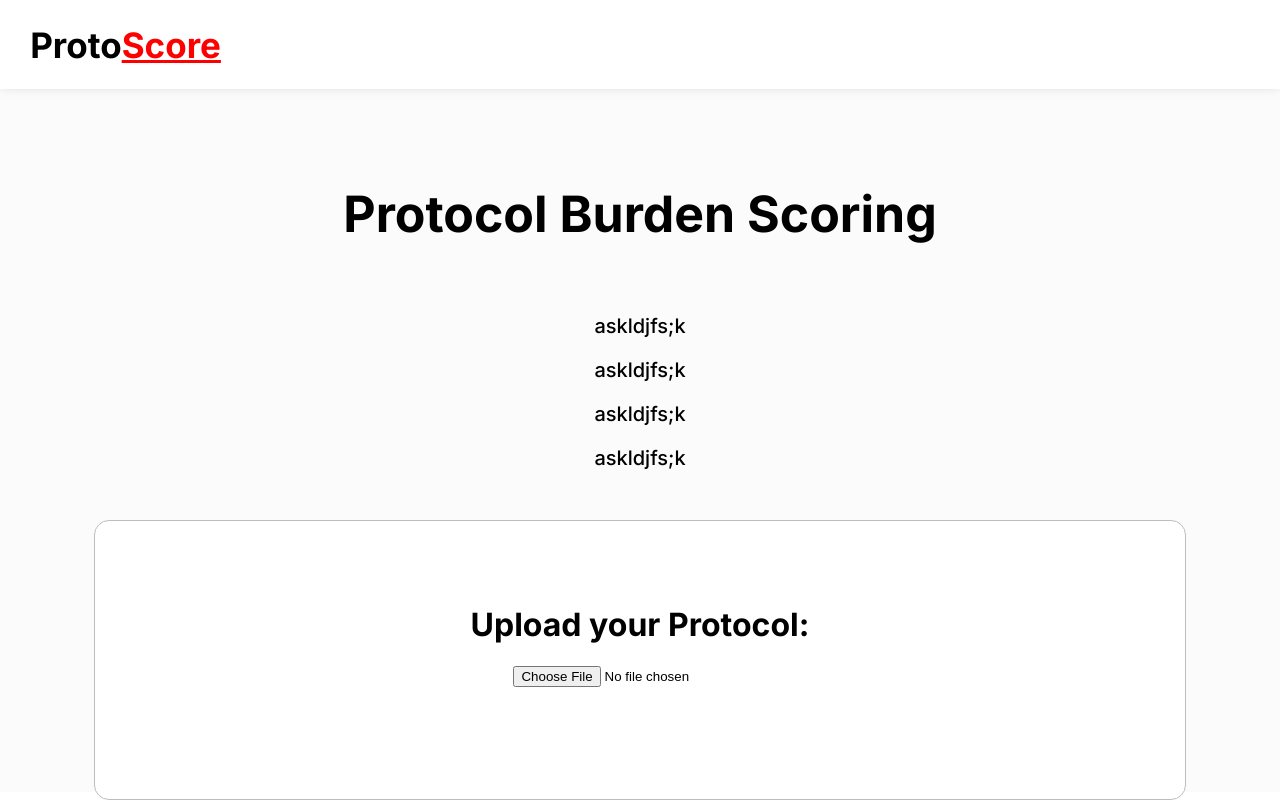
Repository: evanc108/Regeneron2024
Page: / (app in regeneron/)
The author's editor kept a copy of each file at every save. The page is drawn from the files as they stood at one save, then again after the next save.
The browser window is 1280 px wide. The pictures show the whole page.
The project was rebuilt for these pictures with package versions that can differ from the ones it lists, and the page was loaded fresh each time.

Above is the page before, as saved 2024-05-14 02:24:24.

After the next save:
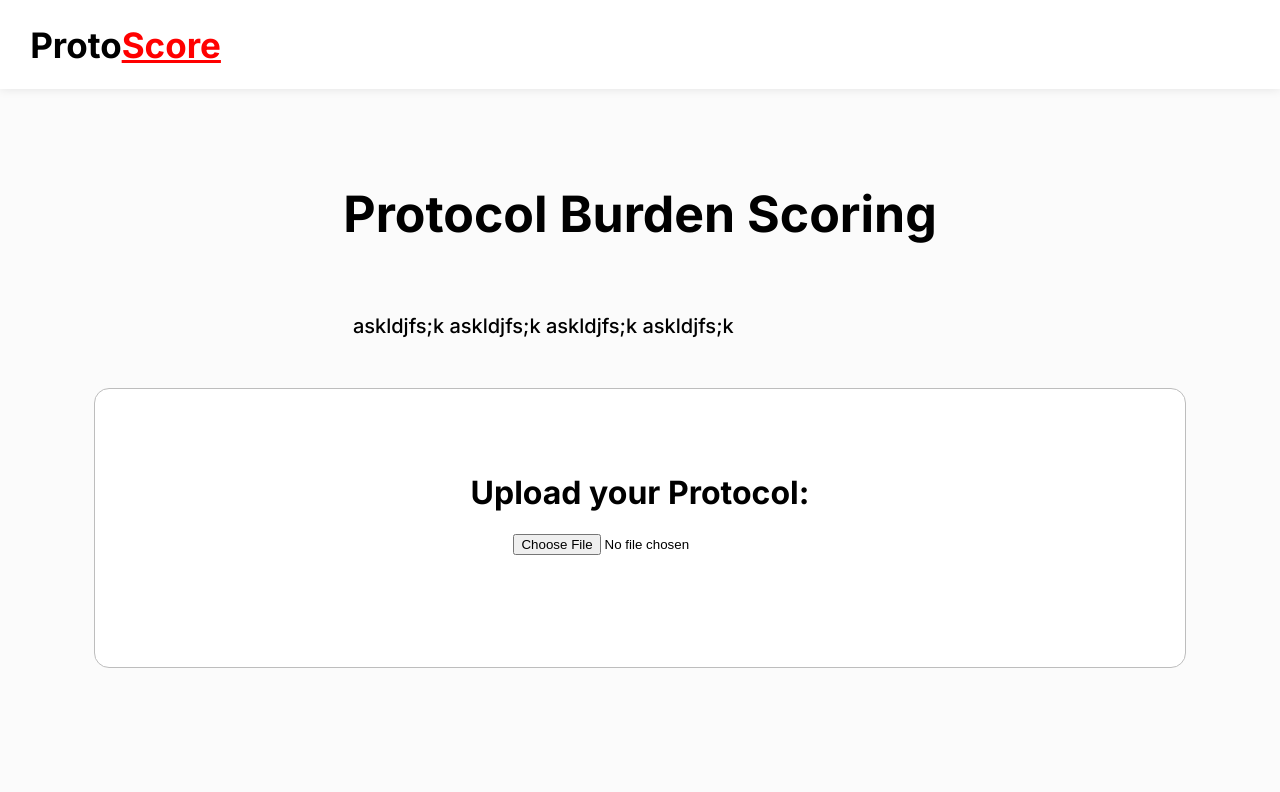
Saved 38 s later.
--- a/regeneron/src/pages/Feedback.js
+++ b/regeneron/src/pages/Feedback.js
@@ -41,10 +41,7 @@ function Feedback() {
                 <div style={{display:"flex", flexDirection:"column", justifyContent:"center", alignItems:"center", marginTop:"5%"}}>
                     <div className="onboarding">
                         <h1 style={{fontSize:"50px", marginBottom:"70px"}}>Protocol Burden Scoring</h1>
-                        <p>askldjfs;k</p>
-                        <p>askldjfs;k</p>
-                        <p>askldjfs;k</p>
-                        <p>askldjfs;k</p>
+                        <p style={{overflow: "hidden", textOverflow: "ellipsis", whiteSpace: "nowrap", maxWidth: "400px"}}>askldjfs;k askldjfs;k askldjfs;k askldjfs;k</p>
                     </div>
                     <div className='upload-file'>
                         {!fileUploaded && !loading && (
